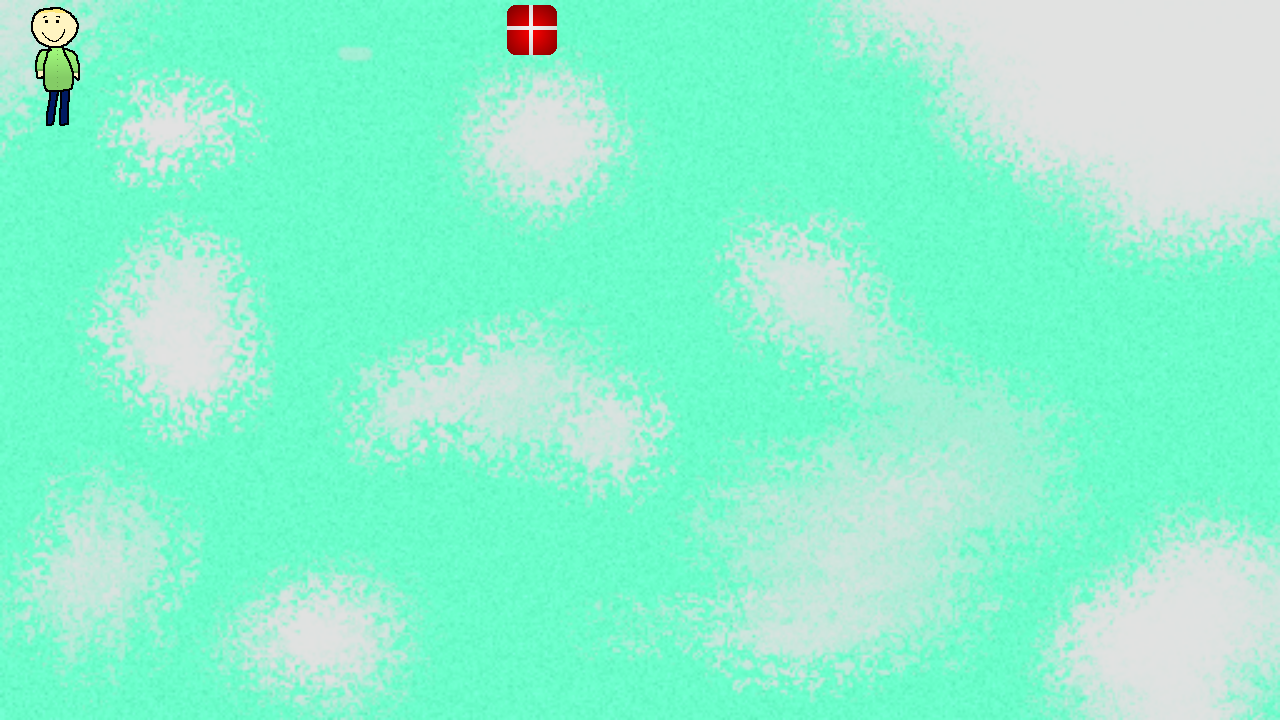
Repository: Evanechecssss/LoveTest
Page: game/level1.html
These files come from the project's save history. The page is drawn as it stood at one moment and after the next save; the edit follows.
The browser window is 1280 px wide. The pictures show the whole page.

Above is the page before, as saved 2021-12-30 12:22:18.

After the next save:
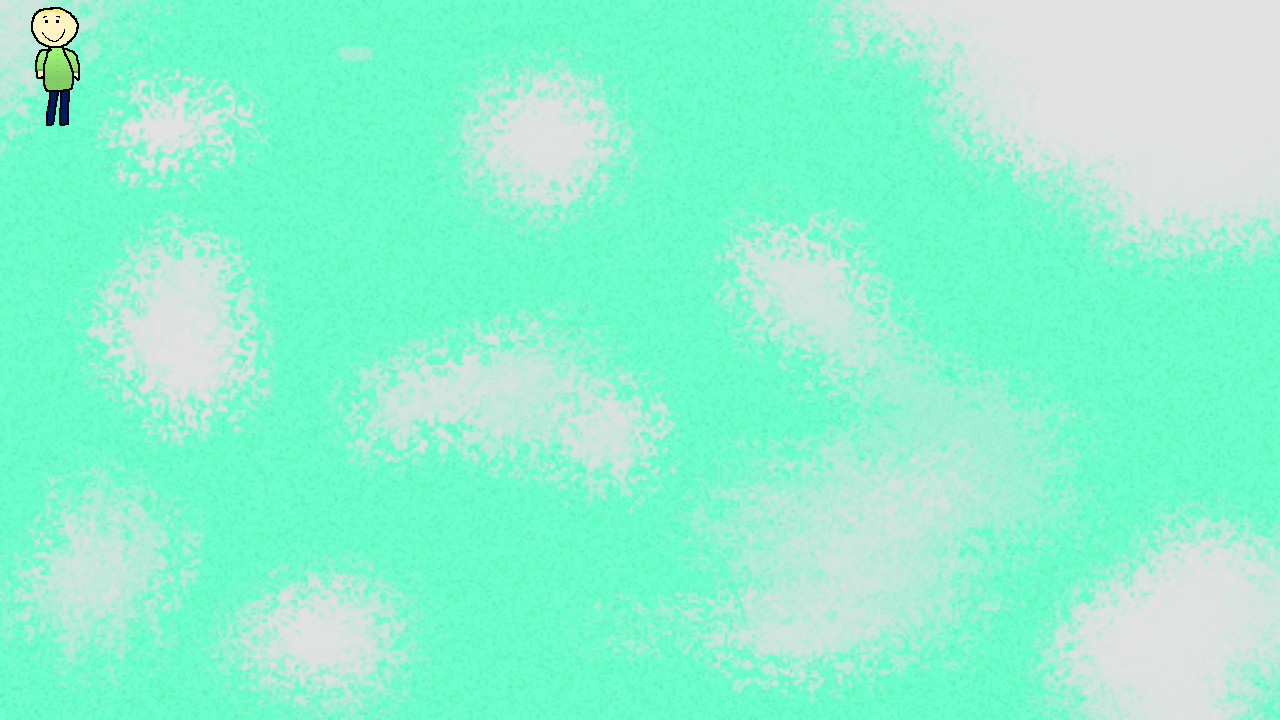
Saved 26 s later.
--- a/game/level1.html
+++ b/game/level1.html
@@ -218,28 +218,7 @@
             }
 
         }
-        var presents = document.getElementById("presents");
-        var prdiv = document.createElement("div")
-        prdiv.id = 'prdiv'
-        prdiv.style.position = "absolute";
-        prdiv.style.left = "500px";
-        prdiv.style.top = "0px";
-        prdiv.style.width = "100px";
-        prdiv.style.height = "100px";
-        prdiv.style.color = "blue";
-        prdiv.style.zIndex = 3;
-        presents.appendChild(prdiv);
-        var present = new Image();
-        present.src = skin_presents[0];
-        present.id = "prdiv_img"
-        present.crossOrigin = "";
-
-        function loadPresent() {
-            document.getElementById("prdiv").appendChild(present);
-
-        }
-
-        present.onload = loadPresent;
+
 
 
 
